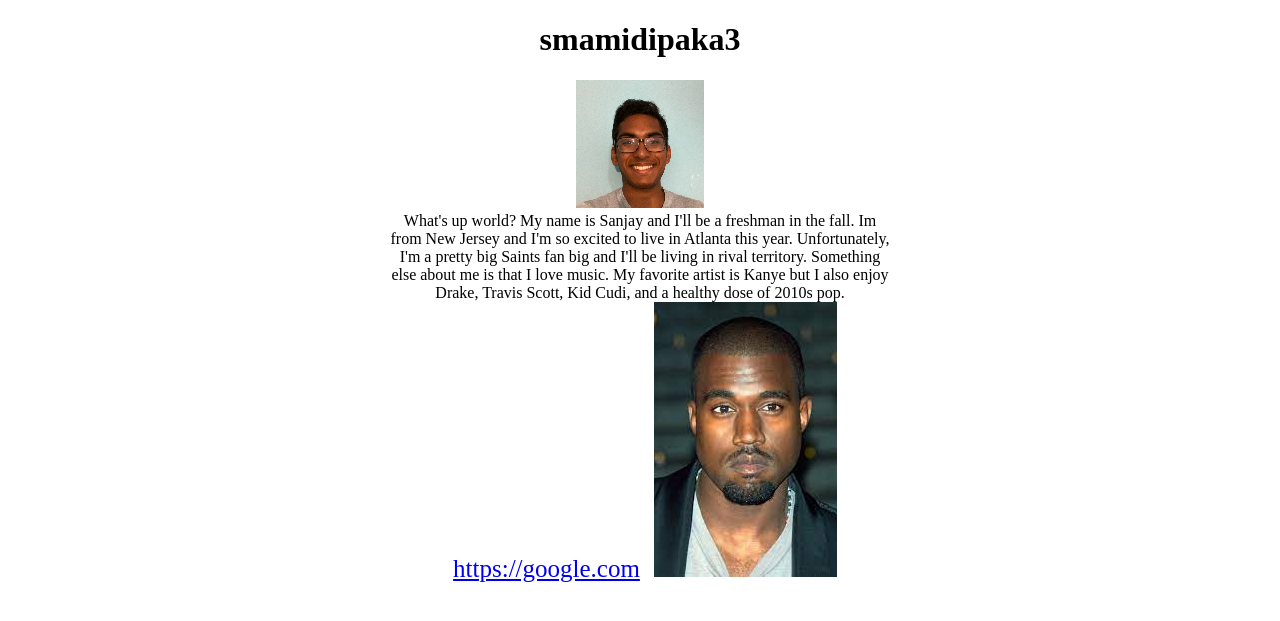
Repository: sanjayMamidipaka/cs1301
Page: lab01/index.html
An editor plug-in stored every save of this project. The page is shown before and after the next save, followed by the edit.
The browser window is 1280 px wide. The pictures show the whole page.

Above is the page before, as saved 2021-07-22 16:16:04.

### lab01/index.html
<!DOCTYPE html>

<head>
    <link rel="stylesheet" href="style.css">
  </head>

  <div class = "h1">
    <h1>smamidipaka3</h1>

    <img src="image.png" alt="My Picture">
    <p class = 'description'>
        What's up world? My name is Sanjay and I'll be a freshman in the fall. Im from New Jersey and I'm so excited to live in Atlanta this year.
        Unfortunately, I'm a pretty big Saints fan big and I'll be living in rival territory. Something else about me is that I love music. My favorite artist is Kanye but
        I also enjoy Drake, Travis Scott, Kid Cudi, and a healthy dose of 2010s pop.
    </p>

    <a class = 'link' href="https://google.com">https://google.com</a>

    <a href="https://www.kanyewest.com/" >
        <img class='kanye' src="kanye.jpeg" alt="The GOAT's pic">
    </a>
  </div>

### lab01/style.css
.h1 {
    text-align: center
}

.description {
    width: 500px;
    text-align: center;
    margin: auto;
}

.link {
    font-size: 25px;

}

.kanye {
    position: relative;
    left: 10px;
}

After the next save:
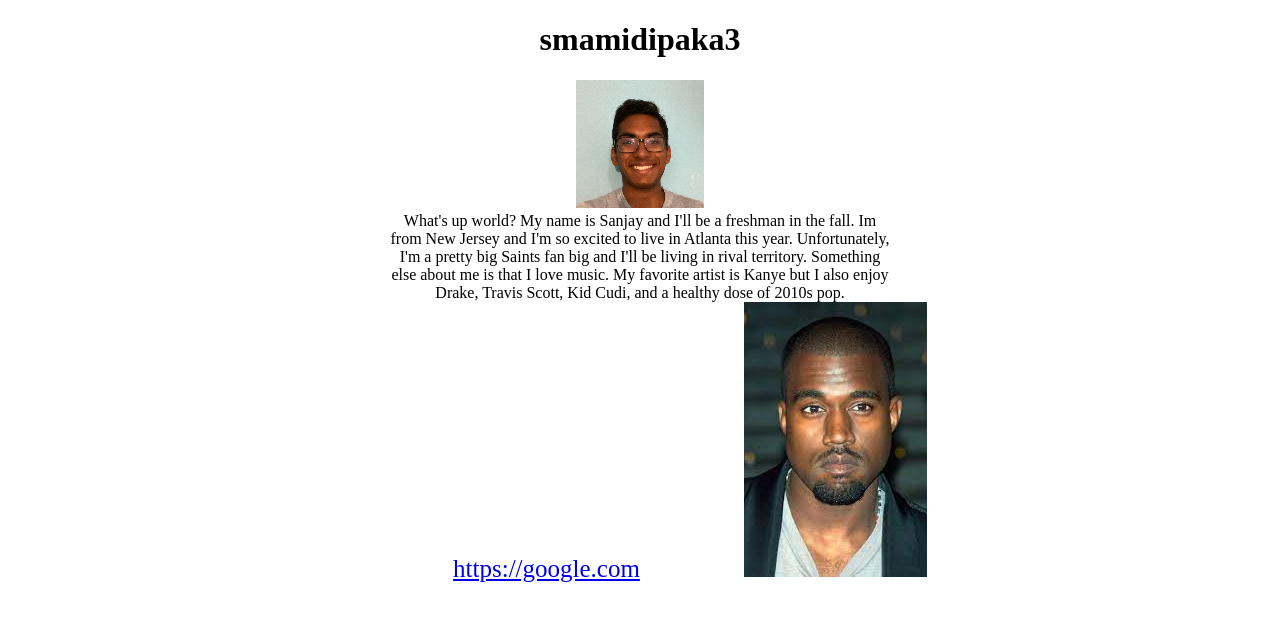
Saved 7 s later.
--- a/lab01/style.css
+++ b/lab01/style.css
@@ -15,5 +15,5 @@
 
 .kanye {
     position: relative;
-    left: 10px;
+    left: 100px;
 }
